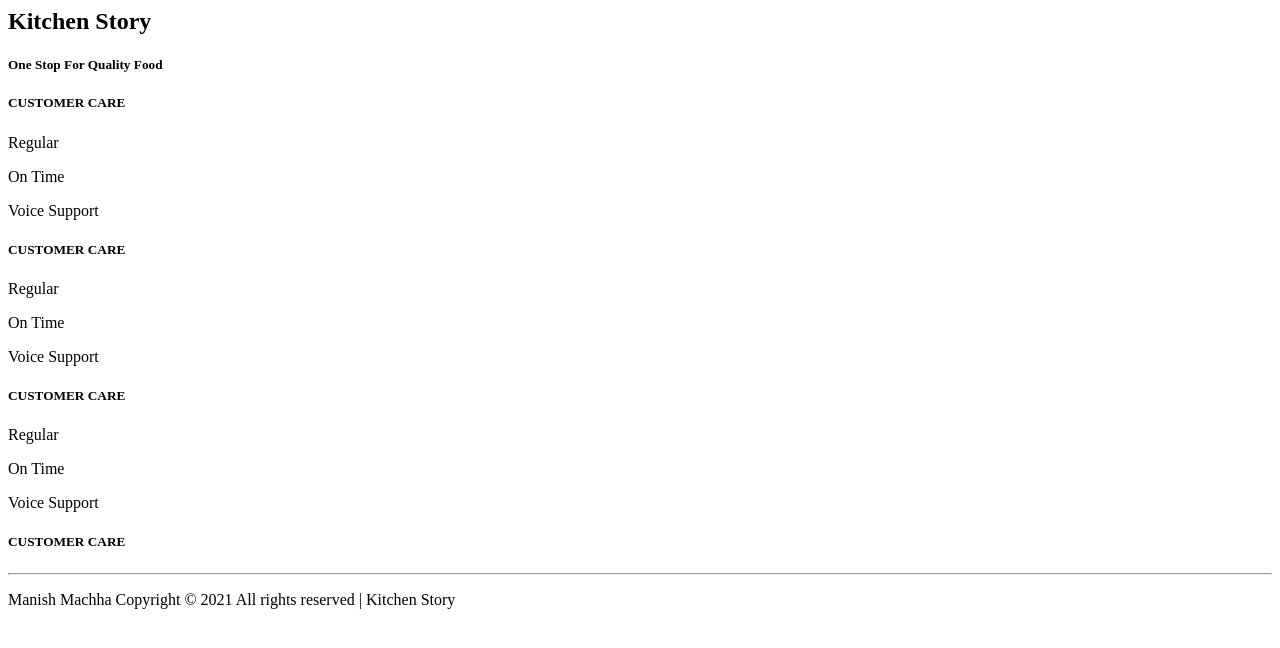
Repository: manishmachha/project-kitchenStory
Page: http://localhost/Phase_4_Kitchen_Story/footer.jsp
The author's editor kept a copy of each file at every save. The page is drawn from the files as they stood at one save, then again after the next save.
The browser window is 1280 px wide. The pictures show the whole page.
The page is served by Tomcat 10. Other server files are loaded and not shown.

Above is the page before, as saved 2022-03-08 05:31:39.

### Phase 4 Kitchen Story/src/main/webapp/footer.jsp
<section class="news">
        <div class="container py-5">
            <div class="row">
                <div class="col-lg-9 m-auto text-center">
                    <h1>Kitchen Story</h1>
                    <h5>One Stop For Quality Food </h5>
                </div>
            </div>
            <div class="row pt-5">
                <div class="col-lg-11 m-auto">
                    <div class="row">
                        <div class="col-lg-3 py-3">
                            <H5 class="pb-3">CUSTOMER CARE</H5>
                            <p>Regular</p>
                            <p>On Time</p>
                            <p>Voice Support</p>
                        </div>
                        <div class="col-lg-3 py-3">
                            <H5 class="pb-3">CUSTOMER CARE</H5>
                            <p>Regular</p>
                            <p>On Time</p>
                            <p>Voice Support</p>
                        </div>
                        <div class="col-lg-3 py-3">
                            <H5 class="pb-3">CUSTOMER CARE</H5>
                            <p>Regular</p>
                            <p>On Time</p>
                            <p>Voice Support</p>
                        </div>
                        <div class="col-lg-3 py-3">
                            <H5 class="pb-3">CUSTOMER CARE</H5>
                            <span> <i class="fab fa-facebook"></i></span>
                            <span> <i class="fab fa-instagram"></i></span>
                            <span> <i class="fab fa-twitter"></i></span>
                            <span> <i class="fab fa-google-plus"></i></span>
                        </div>
                    </div>
                </div>
            </div>
            <hr>
            <p class="text-center">Manish Machha Copyright &#169 2021 All rights reserved | Kitchen Story</p>
        </div>
    </section>

After the next save:
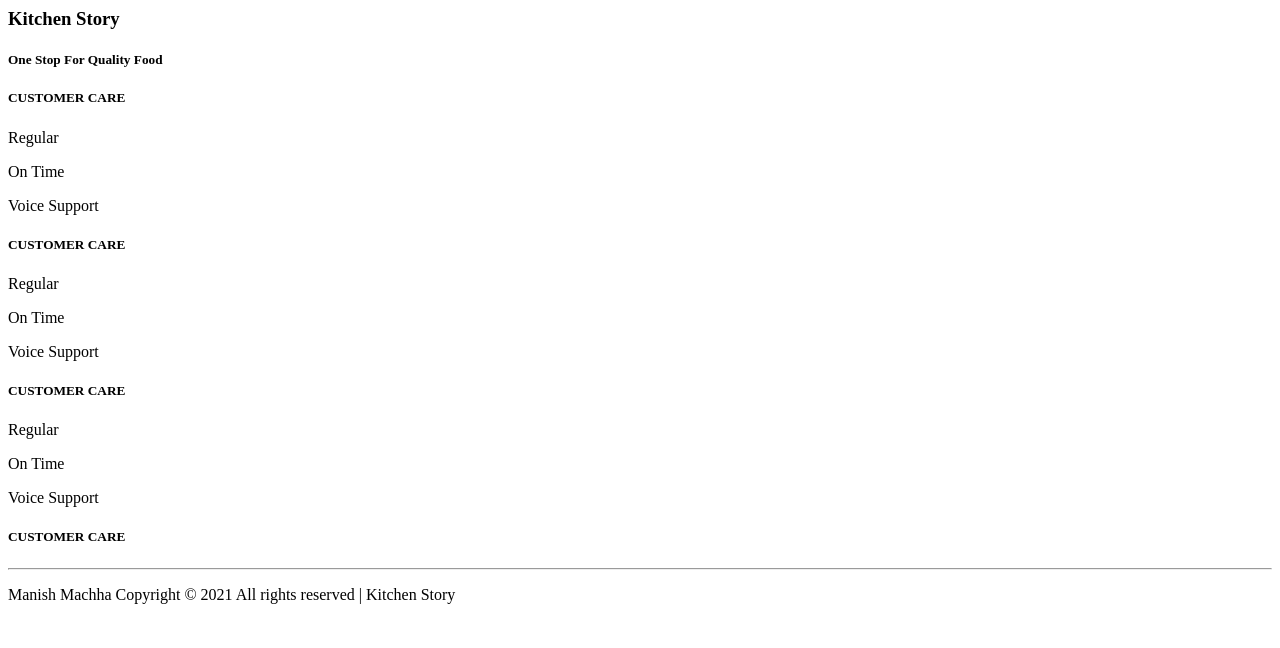
Saved 69 s later.
--- a/Phase 4 Kitchen Story/src/main/webapp/footer.jsp
+++ b/Phase 4 Kitchen Story/src/main/webapp/footer.jsp
@@ -1,3 +1,4 @@
+<section class="footer">
 <section class="news">
         <div class="container py-5">
             <div class="row">
@@ -41,3 +42,4 @@
             <p class="text-center">Manish Machha Copyright &#169 2021 All rights reserved | Kitchen Story</p>
         </div>
     </section>
+    </section>

After the save that followed:
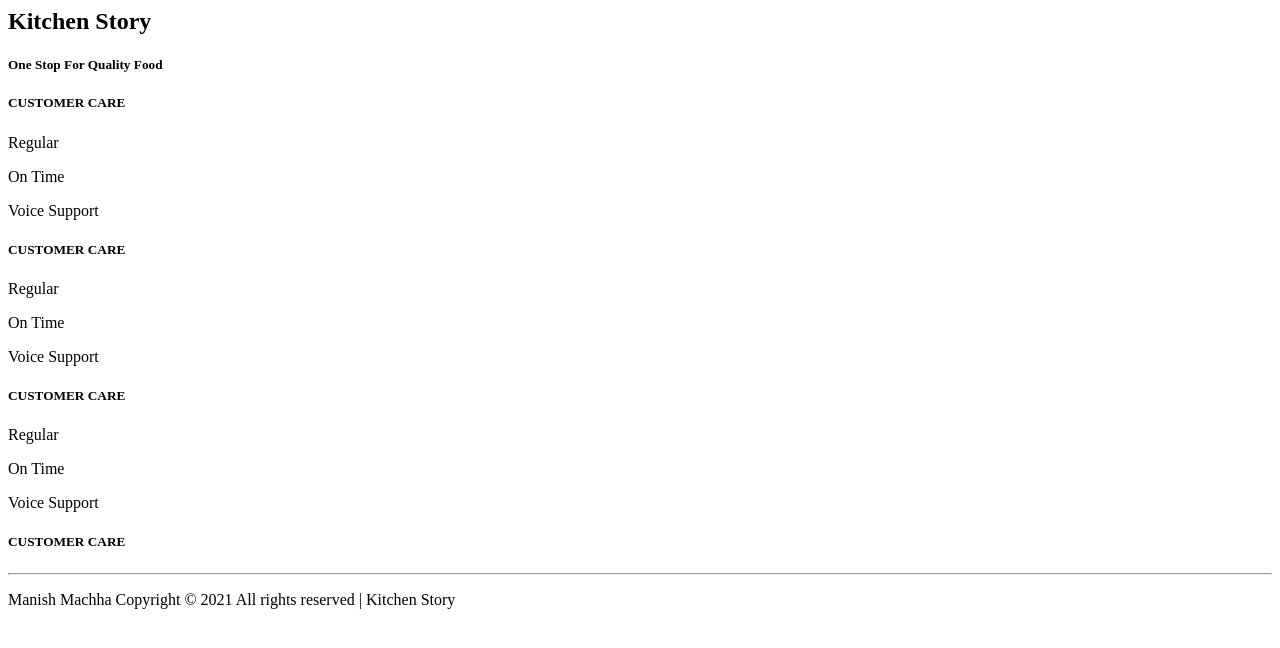
Saved 66 s later.
--- a/Phase 4 Kitchen Story/src/main/webapp/footer.jsp
+++ b/Phase 4 Kitchen Story/src/main/webapp/footer.jsp
@@ -1,4 +1,3 @@
-<section class="footer">
 <section class="news">
         <div class="container py-5">
             <div class="row">
@@ -42,4 +41,3 @@
             <p class="text-center">Manish Machha Copyright &#169 2021 All rights reserved | Kitchen Story</p>
         </div>
     </section>
-    </section>
